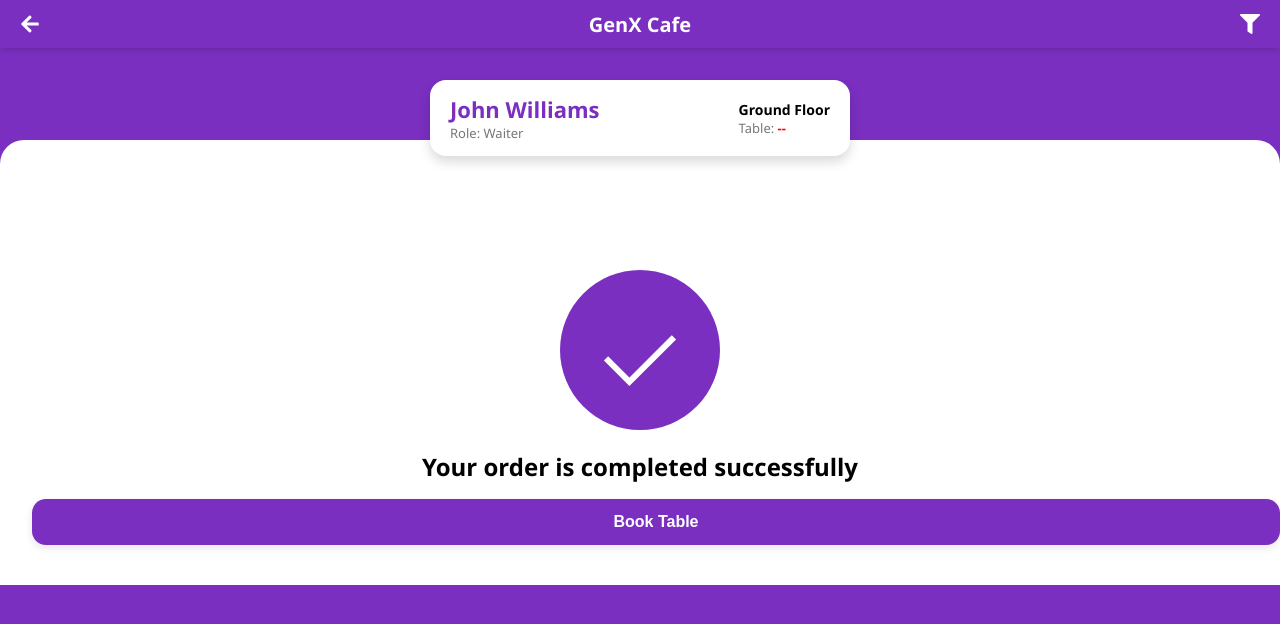
Repository: rajeshwaranslv/sturdy-spork-genx-frontend
Page: /success
These files come from the project's save history. The page is drawn as it stood at one moment and after the next save; the edit follows.
The browser window is 1280 px wide. The pictures show the whole page.
The project was rebuilt for these pictures with package versions that can differ from the ones it lists, and the page was loaded fresh each time. Also part of the build but not shown: src/components/TableSelection.js, src/components/menu.css, src/components/MenuSelection.js, src/components/order.css, src/components/OrderReview.js, src/components/Billing.js.

Above is the page before, as saved 2025-07-16 17:45:11.

### src/App.js
import React from 'react';
import { BrowserRouter as Router, Route, Switch } from 'react-router-dom';
import TableSelection from './components/TableSelection';
import MenuSelection from './components/MenuSelection';
import OrderReview from './components/OrderReview';
import Billing from './components/Billing';
import Success from './components/Success';

export default function App() {
  return (
    <Router>
      <Switch>
        <Route exact path="/" component={TableSelection} />
        <Route path="/menu/:tableId" component={MenuSelection} />
   <Route path="/orders/:orderId" component={OrderReview} />

        <Route path="/billing/:orderId" component={Billing} />
        <Route path="/success" component={Success} />
      </Switch>
    </Router>
  );
}

### src/components/Success.js
import React, { useEffect } from 'react';
import { withRouter } from 'react-router-dom';
import { updateTableStatus } from '../services/api';
import { FaArrowLeft, FaFilter } from 'react-icons/fa';
import './success.css';

function Success({ history, location }) {
  const tableId = location.state?.tableId;

  useEffect(() => {
    if (tableId) {
      updateTableStatus(tableId, { status: 'available' })
        .then(() => console.log(`✅ Table ${tableId} marked available`))
        .catch(err => console.error('❌ Failed to update table status:', err));
    }
  }, [tableId]);

  const waiter = {
    name: 'John Williams',
    role: 'Waiter',
    floor: 'Ground Floor',
    tableId: tableId ?? '--',
  };

  return (
    <div className="container-fluid">
      {/* ✅ Header */}
      <div className="header-bar">
        <FaArrowLeft className="icon" onClick={() => history.push('/')} />
        <h2>GenX Cafe</h2>
        <FaFilter className="icon" />
      </div>

      {/* ✅ Waiter Card */}
      <div className="waiter-card">
        <div className="waiter-left">
          <strong className="waiter-name">{waiter.name}</strong>
          <div className="waiter-role">Role: {waiter.role}</div>
        </div>
        <div className="waiter-right">
          <div className="floor-label">{waiter.floor}</div>
          <div className="orders-count">
            Table: <span className="order-red">{waiter.tableId}</span>
          </div>
        </div>
      </div>

      {/* ✅ Success Body */}
      <div className="table-section">
        <div className="checkmark-circle">
          <div className="checkmark" />
        </div>
        <h2 className="success-text" style={{textAlign:"center"}}>Your order is completed successfully</h2>
              {/* ✅ Footer Button */}
      <button className="footer-btn" onClick={() => history.push('/')}>
        Book Table
      </button>
      </div>


    </div>
  );
}

export default withRouter(Success);

### src/services/api.js
import axios from 'axios';

const API = axios.create({
  baseURL: 'http://localhost:3001/',
});

export const getTables = () => API.get('/tables');
export const getTableDetails = (id) => API.get(`/tables/${id}`);
export const getFoodItems = () => API.get('/foodItems');

export const placeOrder = (data) => API.post('/orders', data);
export const updateOrderItemStatus = (id, payload) => API.patch(`/orders/${id}`, payload);
export const getOrder = (id) => API.get(`/orders/${id}`);
export const generateBill = (data) => API.post('/bills', data);

// ✅ NEW: Update table status
export const updateTableStatus = (id, payload) => API.patch(`/tables/${id}`, payload);

### src/components/style.css

*{
  margin: 0;
  padding: 0;
}
.container-fluid {
  position: relative;
  background-color: #7a2fc0;
  /* min-height: 100vh; */
  font-family: 'Segoe UI', sans-serif;
  overflow-x: hidden;
}

/* Header */
.header-bar {
  display: flex;
  justify-content: space-between;
  align-items: center;
  padding: 16px;
  color: white;
  background: #7a2fc0;
  position: sticky;
  top: 0;
  z-index: 10;
}

.header-bar h2 {
  margin: 0;
  font-size: 20px;
}

.icon {
  font-size: 18px;
  cursor: pointer;
}

/* Floating Waiter Card */
.waiter-card {
  position: absolute;
  top: 80px;
  left: 50%;
  transform: translateX(-50%);
  z-index: 20;
  background: white;
  border-radius: 16px;
  box-shadow: 0 6px 12px rgba(0, 0, 0, 0.15);
  padding: 14px 20px;
  width: 90%;
  max-width: 360px;
  display: flex;
  justify-content: space-between;
  align-items: center;
}

.waiter-name {
  color: #7a2fc0;
  font-weight: bold;
}

.waiter-role {
  font-size: 12px;
  color: #777;
}

.floor-label {
  font-weight: bold;
  font-size: 14px;
}

.orders-count {
  font-size: 12px;
  color: #777;
}

.order-red {
  color: red;
  font-weight: bold;
}

/* Main White Rounded Table Section */
.table-section {
  background: white;
  margin-top: 140px; /* space for card to float */
  border-top-left-radius: 24px;
  border-top-right-radius: 24px;
  padding: 90px 16px 24px;
  position: relative;
  z-index: 1;
}

/* Legend */
.legend-row {
  display: flex;
  justify-content: center;
  gap: 24px;
  font-size: 14px;
  margin-bottom: 20px;
  flex-wrap: wrap;
}

.legend-item {
  display: flex;
  align-items: center;
  gap: 6px;
}

.legend-dot {
  width: 10px;
  height: 10px;
  border-radius: 50%;
  display: inline-block;
}

.legend-dot.green {
  background-color: green;
}
.legend-dot.purple {
  background-color: purple;
}
.legend-dot.red {
  background-color: red;
}

/* Table Grid */
.table-grid {
  display: grid;
  grid-template-columns: repeat(auto-fit, minmax(110px, 1fr));
  gap: 14px;
  margin-bottom: 16px;
}

/* Table Buttons */
.table-btn {
  padding: 14px 0;
  border-radius: 14px;
  font-size: 16px;
  font-weight: bold;
  border: 2px solid transparent;
  cursor: pointer;
  text-align: center;
  transition: all 0.2s ease-in-out;
}

.table-btn.available {
  color: green;
  border: 2px solid green;
  background-color: white;
}
.table-btn.available:hover {
  background-color: #f0fff0;
}

.table-btn.selected {
  background-color: #7a2fc0;
  color: white;
  border: 2px solid #7a2fc0;
}

.table-btn.occupied {
  background-color: red;
  color: white;
  cursor: not-allowed;
}

/* Select Button */
.select-btn {
  width: 100%;
  padding: 14px;
  border-radius: 14px;
  background-color: #7a2fc0;
  color: white;
  font-size: 16px;
  font-weight: bold;
  border: none;
  cursor: pointer;
  box-shadow: 0 3px 8px rgba(0, 0, 0, 0.1);
}

.select-btn:disabled {
  opacity: 0.5;
  cursor: not-allowed;
}

.select-btn:hover {
  background-color: #6926b2;
}

/* Responsive */
@media (max-width: 480px) {
  .waiter-card {
    flex-direction: column;
    align-items: flex-start;
    padding: 16px;
    gap: 8px;
  }

  .legend-row {
    gap: 10px;
    font-size: 12px;
  }

  .table-btn {
    font-size: 14px;
    padding: 12px 0;
  }
}
/* Floating Waiter Card */
.waiter-card {
  position: absolute;
  top: 80px;
  left: 50%;
  transform: translateX(-50%);
  z-index: 20;
  background: white;
  border-radius: 16px;
  box-shadow: 0 6px 12px rgba(0, 0, 0, 0.15);
  padding: 14px 20px;
  width: 92%;
  max-width: 380px;
  display: flex;
  justify-content: space-between;
  align-items: center;
  transition: all 0.3s ease-in-out;
}

.waiter-name {
  color: #7a2fc0;
  font-weight: bold;
  font-size: 16px;
}

.waiter-role {
  font-size: 13px;
  color: #777;
}

.floor-label {
  font-weight: bold;
  font-size: 14px;
}

.orders-count {
  font-size: 13px;
  color: #777;
}

.order-red {
  color: red;
  font-weight: bold;
}

/* 💻 Tablet and Desktop View - Wider and Bigger Card */
@media (min-width: 768px) {
  .waiter-card {
    max-width: 640px;
    padding: 20px 32px;
  }

  .waiter-name {
    font-size: 20px;
  }

  .waiter-role,
  .orders-count,
  .floor-label {
    font-size: 16px;
  }
}

/* 🖥️ Larger Screens */
@media (min-width: 1024px) {
  .waiter-card {
    max-width: 800px;
    padding: 24px 40px;
  }

  .waiter-name {
    font-size: 22px;
  }

  .waiter-role,
  .orders-count,
  .floor-label {
    font-size: 18px;
  }
}

### src/components/billing.css
/* Base Container */
.container-fluid {
  position: relative;
  background-color: #7a2fc0;
  min-height: 100vh;
  font-family: 'Segoe UI', sans-serif;
  overflow-x: hidden;
}

/* Header */
.header-bar {
  display: flex;
  justify-content: space-between;
  align-items: center;
  padding: 16px;
  color: white;
  background: #7a2fc0;
  position: sticky;
  top: 0;
  z-index: 10;
}

.header-bar h2 {
  margin: 0;
  font-size: 20px;
}

.icon {
  font-size: 18px;
  cursor: pointer;
}

/* Waiter Card */
.waiter-card {
  position: absolute;
  top: 80px;
  left: 50%;
  transform: translateX(-50%);
  z-index: 20;
  background: white;
  border-radius: 16px;
  box-shadow: 0 6px 12px rgba(0, 0, 0, 0.15);
  padding: 14px 20px;
  width: 92%;
  max-width: 380px;
  display: flex;
  justify-content: space-between;
  align-items: center;
}

.waiter-name {
  color: #7a2fc0;
  font-weight: bold;
}

.waiter-role {
  font-size: 13px;
  color: #777;
}

.floor-label {
  font-weight: bold;
  font-size: 14px;
}

.orders-count {
  font-size: 13px;
  color: #777;
}

.order-red {
  color: red;
  font-weight: bold;
}

/* Rounded Section */
.table-section {
  background: white;
  margin-top: 140px;
  border-top-left-radius: 24px;
  border-top-right-radius: 24px;
  padding: 90px 16px 24px;
  position: relative;
  z-index: 1;
}

/* Order List */
.order-list {
  list-style: none;
  padding: 0;
  margin: 0;
}

.item-row {
  display: flex;
  justify-content: space-between;
  margin-bottom: 12px;
  border-bottom: 1px solid #ddd;
  padding-bottom: 10px;
}

.item-info p {
  margin: 4px 0 0;
  color: #666;
}

.qty-controls {
  display: flex;
  align-items: center;
  gap: 8px;
}

/* Quantity Buttons */
.qty-btn {
  background-color: #7a2fc0;
  color: white;
  border: none;
  border-radius: 6px;
  padding: 4px 10px;
  font-size: 16px;
  font-weight: bold;
  cursor: pointer;
  transition: background-color 0.2s ease;
}

.qty-btn:hover {
  background-color: #6926b2;
}

/* Summary */
.invoice-summary {
  margin-top: 24px;
  font-size: 16px;
  background: #f9f9f9;
  padding: 16px;
  border-radius: 12px;
  box-shadow: 0 -2px 6px rgba(0, 0, 0, 0.05);
}

/* Button */
.select-btn {
  width: 100%;
  padding: 14px;
  border-radius: 14px;
  background-color: #7a2fc0;
  color: white;
  font-size: 16px;
  font-weight: bold;
  border: none;
  cursor: pointer;
  margin-top: 20px;
  box-shadow: 0 3px 8px rgba(0, 0, 0, 0.1);
}

.select-btn:hover {
  background-color: #6926b2;
}

### src/components/success.css
/* Container for Success Page */
.success-page {
  min-height: 100vh;
  display: flex;
  flex-direction: column;
  padding-top: 70px; /* space for header */
  align-items: center;
  justify-content: center;
  background-color: #f8f8f8;
  position: relative;
  text-align: center;
  box-sizing: border-box;
}

/* Header Bar */
.header-bar {
  position: fixed;
  top: 0;
  left: 0;
  right: 0;
  background: #7a2fc0;
  color: white ;
  display: flex;
  justify-content: space-between;
  align-items: center;
  padding: 14px 20px;
  z-index: 1000;
  box-shadow: 0 2px 6px rgba(0, 0, 0, 0.15);
}

.header-bar h2 {
  position: absolute;
  left: 50%;
  transform: translateX(-50%);
  margin: 0;
  font-size: 20px;
   color: white !important ;

}

.icon {
  color: white;
  font-size: 20px;
  cursor: pointer;
  z-index: 10;
}

/* Checkmark Animation */
.checkmark-circle {
  width: 160px;
  height: 160px;
  background-color: #7a2fc0;
  border-radius: 50%;
  display: flex;
  align-items: center;
  justify-content: center;
  margin: 40px auto 20px;
  animation: popCircle 0.5s ease-out;
}

.checkmark {
  width: 30px;
  height: 60px;
  border-right: 6px solid white;
  border-bottom: 6px solid white;
  transform: rotate(45deg) scale(0);
  animation: drawCheck 0.4s 0.3s ease forwards;
}

@keyframes popCircle {
  0% {
    transform: scale(0.7);
    opacity: 0;
  }
  100% {
    transform: scale(1);
    opacity: 1;
  }
}

@keyframes drawCheck {
  to {
    transform: rotate(45deg) scale(1);
  }
}

/* Success Message */
.success-page h2 {
  font-size: 18px;
  margin-top: 12px;
  color: #000000;
}

/* Fixed Bottom Button */
.footer-btn {
  width: 100%;
  padding: 14px;
  margin: 1rem;
  border-radius: 14px;
  background-color: #7a2fc0;
  color: white;
  font-size: 16px;
  font-weight: bold;
  border: none;
  cursor: pointer;
  box-shadow: 0 3px 8px rgba(0, 0, 0, 0.1);
}

Loaded but not shown: public/index.html (common file); src/index.js (common file)

After the next save:
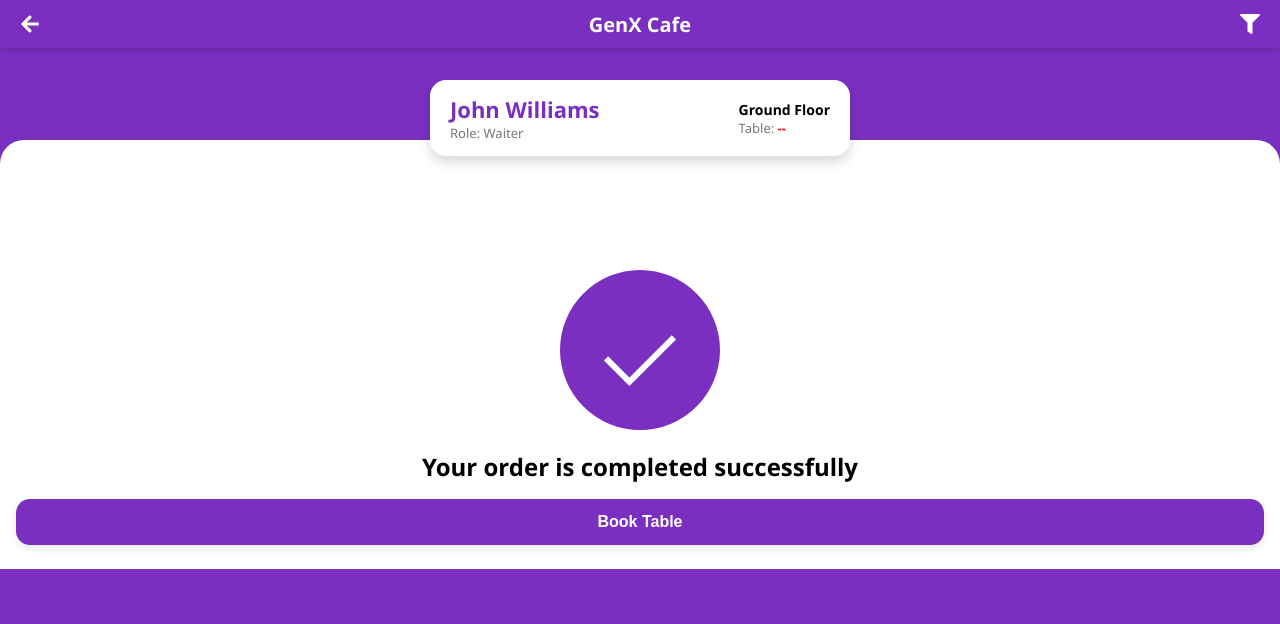
Saved 19 s later.
--- a/src/components/success.css
+++ b/src/components/success.css
@@ -95,7 +95,7 @@
 .footer-btn {
   width: 100%;
   padding: 14px;
-  margin: 1rem;
+  margin-top: 1rem;
   border-radius: 14px;
   background-color: #7a2fc0;
   color: white;
